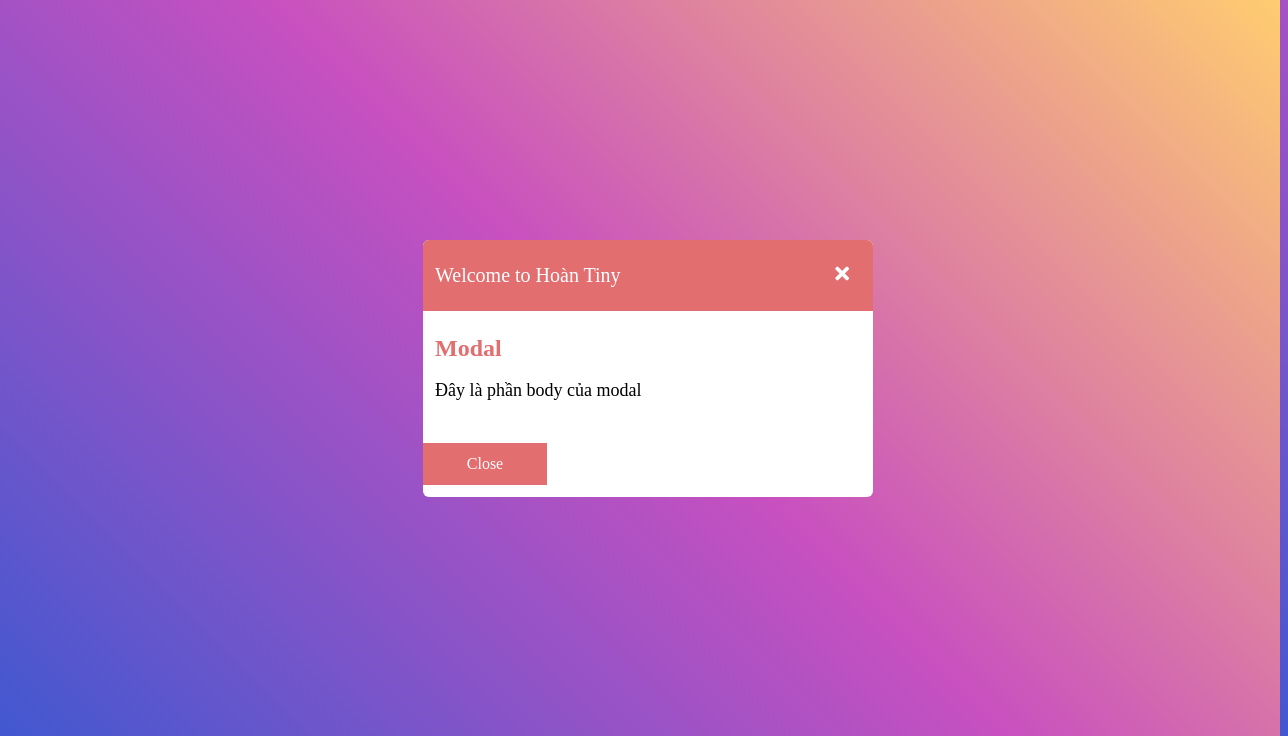
Repository: HoanTiny/30projects-30day
Page: Day 3/index.html
The author's editor kept a copy of each file at every save. The page is drawn from the files as they stood at one save, then again after the next save.
The browser window is 1280 px wide. The page is 1288 px wide, so the pictures cover 1288 px, including what lies to the right of the window. The pictures show the whole page.
Some web libraries are served in a nearby version.

Above is the page before, as saved 2021-12-01 16:11:09.

After the next save:
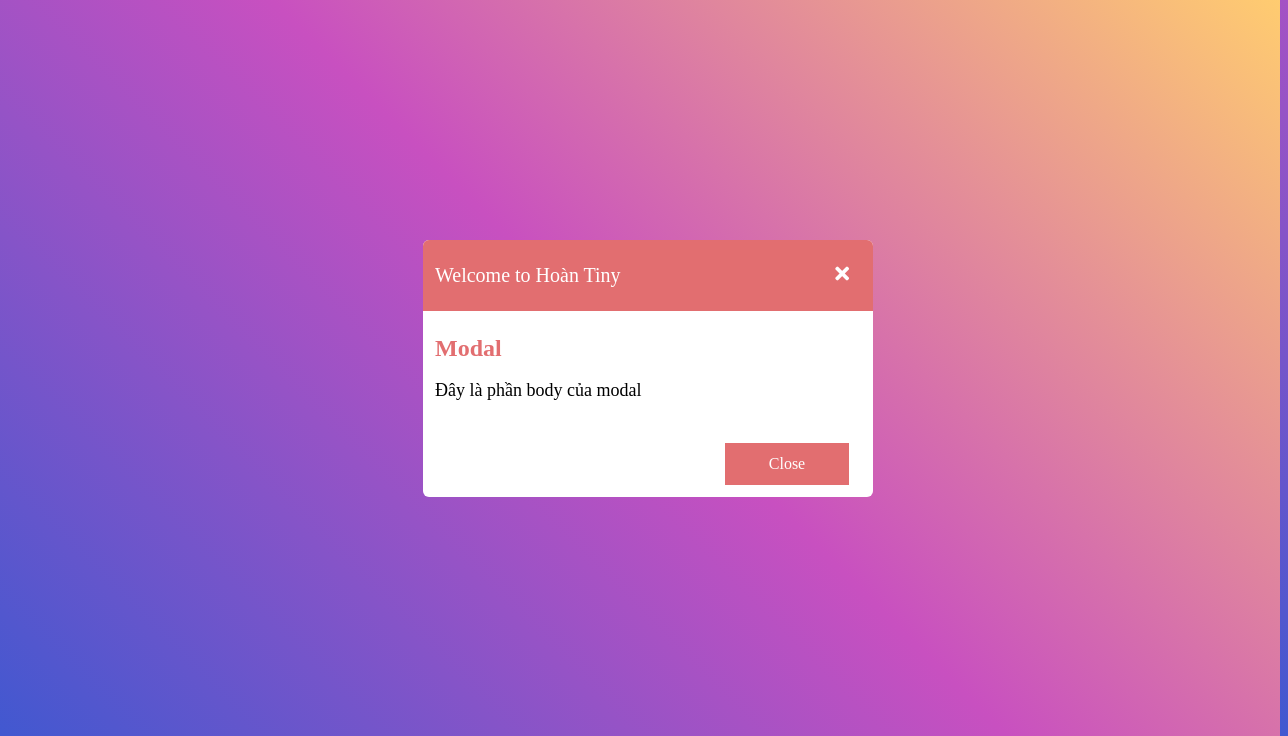
Saved 4 s later.
--- a/Day 3/styles.css
+++ b/Day 3/styles.css
@@ -60,5 +60,5 @@ body {
     color: #fff;
     width: 100px;
     text-align: center;
-    margin-right: auto;
+    margin-left: auto;
 }
